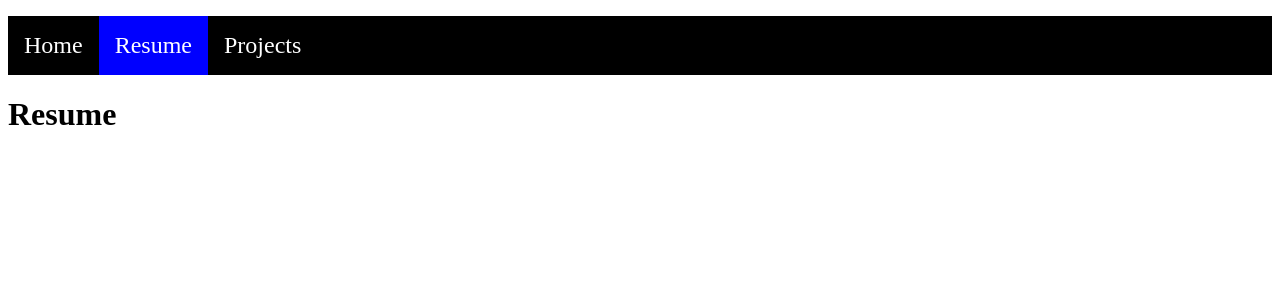
Repository: ChristianCain/ChristianCain.github.io
Page: resume.html
The author's editor kept a record of every edit. The page is drawn from the files as they stood at one moment, then again after the next edit.
The browser window is 1280 px wide. The pictures show the whole page.

Above is the page before.

### resume.html
<!DOCTYPE html>
<html>
    <head>

        <title>Resume</title>

        <link rel="stylesheet" type="text/css" href="style.css">

    </head>
    <body>
        <ul class="navbar">
            <li><a href="./">Home</a></li>
            <li class="active"><a href="resume.html">Resume</a></li>
            <li class = "dropdown"</li>
                <div>Projects</div>
                <ul class="dropdown-content">
                    <li><a href="#">Project 1</a></li>
                    <li><a href="#">Project 2</a></li>
                    <li><a href="#">Project 3</a></li>

                </ul>


        </ul>

        <h1>Resume</h1>


    </body>
</html>

### style.css



            .navbar{
            list-style: none;
            background-color: black;
            overflow: hidden;
            padding: 0;
            }


            .navbar a, .dropdown div{
                text-decoration: none;
                color: white;
                font-size: 24px;
                padding: 16px;
                display: inline-block;

            }
            .navbar li{
                float: left;
            }

            .navbar li:hover{
                background-color:pink;
            }

            .dropdown-content{
                list-style: none;
                padding: 0;
                display: none;
                position: absolute;
                z-index: 1;
                background-color: black;

            }

            .dropdown-content li{
                float: none;
            }

            .dropdown:hover .dropdown-content{
                display: block;
            }

            .active{
                background-color: blue;
            }

After the next edit:
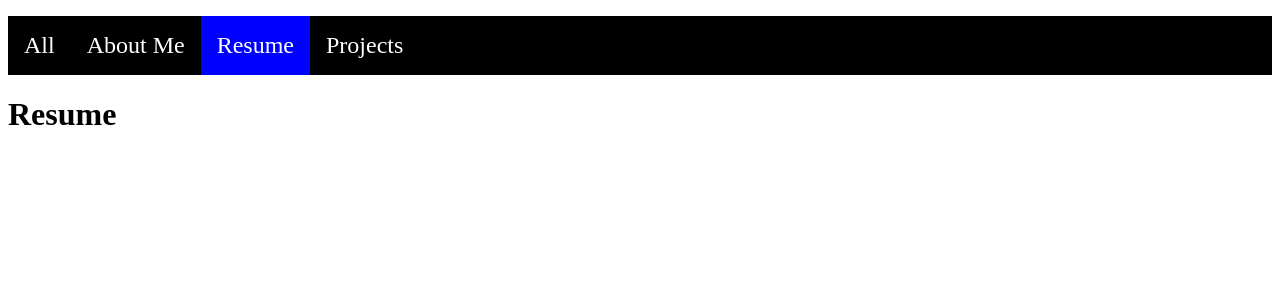
The edit:
--- a/resume.html
+++ b/resume.html
@@ -9,7 +9,8 @@
     </head>
     <body>
         <ul class="navbar">
-            <li><a href="./">Home</a></li>
+            <li><a href="index.html">All</a></li>
+            <li><a href="aboutme.html">About Me</a></li>
             <li class="active"><a href="resume.html">Resume</a></li>
             <li class = "dropdown"</li>
                 <div>Projects</div>
